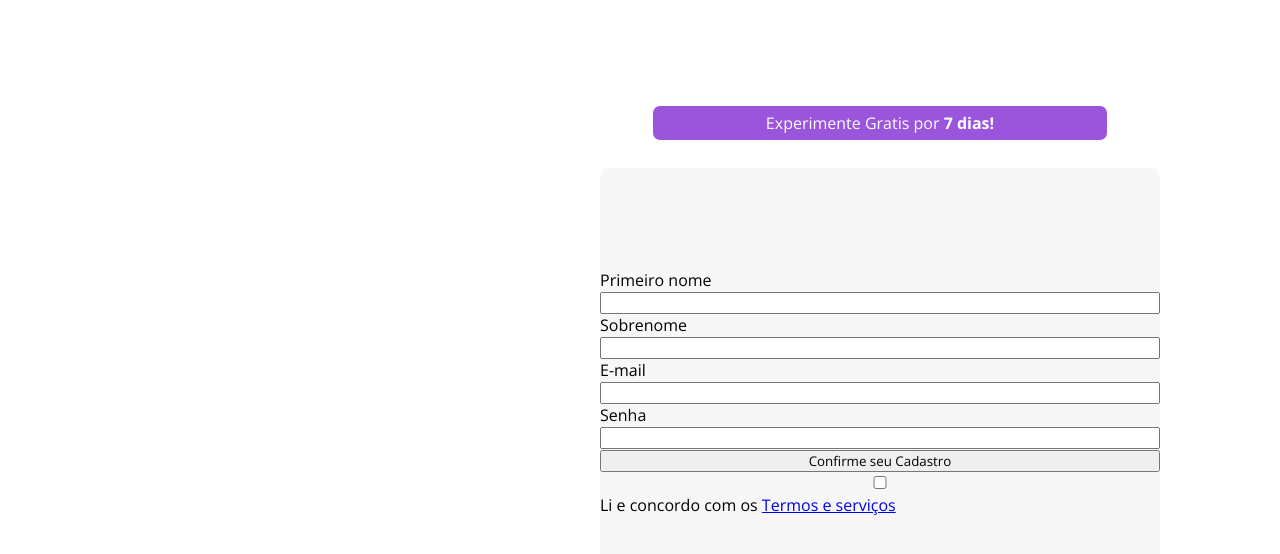
Repository: VictorSampaioDev/tela-login
Page: index.html
An editor plug-in stored every save of this project. The page is shown before and after a run of saves, followed by the edit.
The browser window is 1280 px wide. The pictures show the whole page.

Above is the page before, as saved 2025-04-15 14:05:59.

After the next 3 saves:
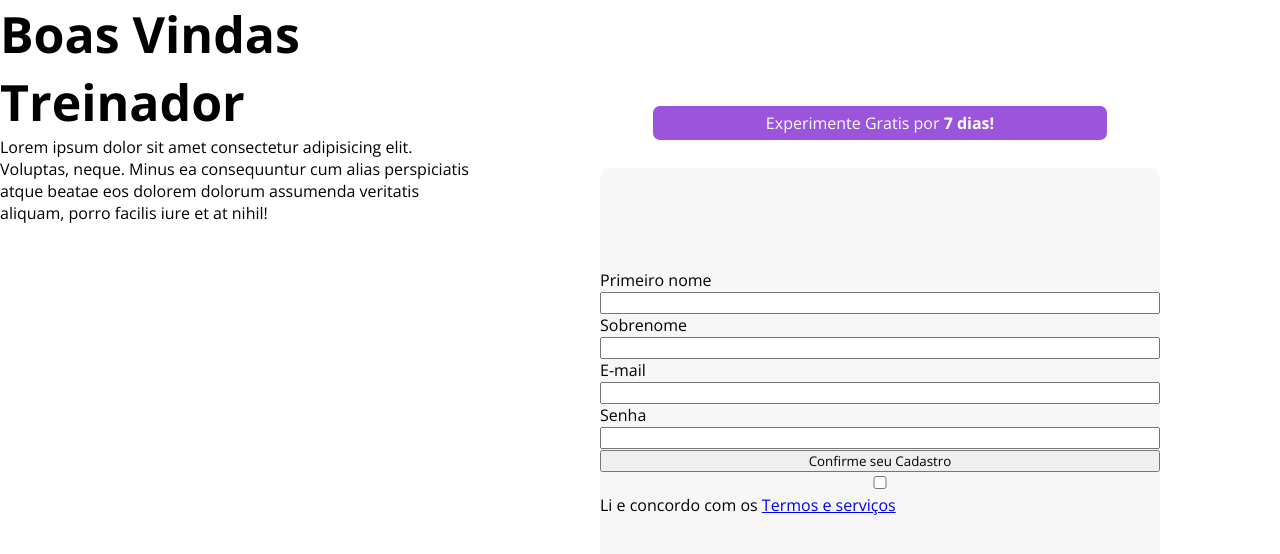
The 3 saves are shown as one change because they came seconds apart.
The last was saved 10 s later.
--- a/style.css
+++ b/style.css
@@ -13,7 +13,7 @@
     overflow: hidden;
 }
 
-
+main::before
 .container-left{
     display: flex;
     justify-content: center;

After the 2 saves that followed:
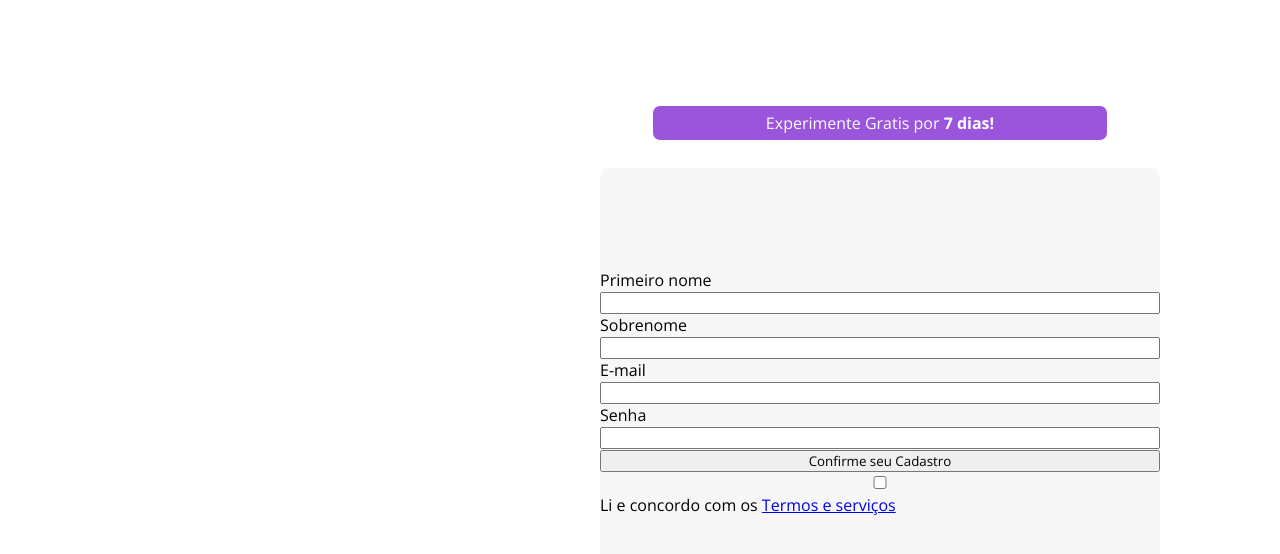
The 2 saves are shown as one change because they came seconds apart.
The last was saved 5 s later.
--- a/style.css
+++ b/style.css
@@ -13,7 +13,10 @@
     overflow: hidden;
 }
 
-main::before
+main::before{
+
+}
+
 .container-left{
     display: flex;
     justify-content: center;
